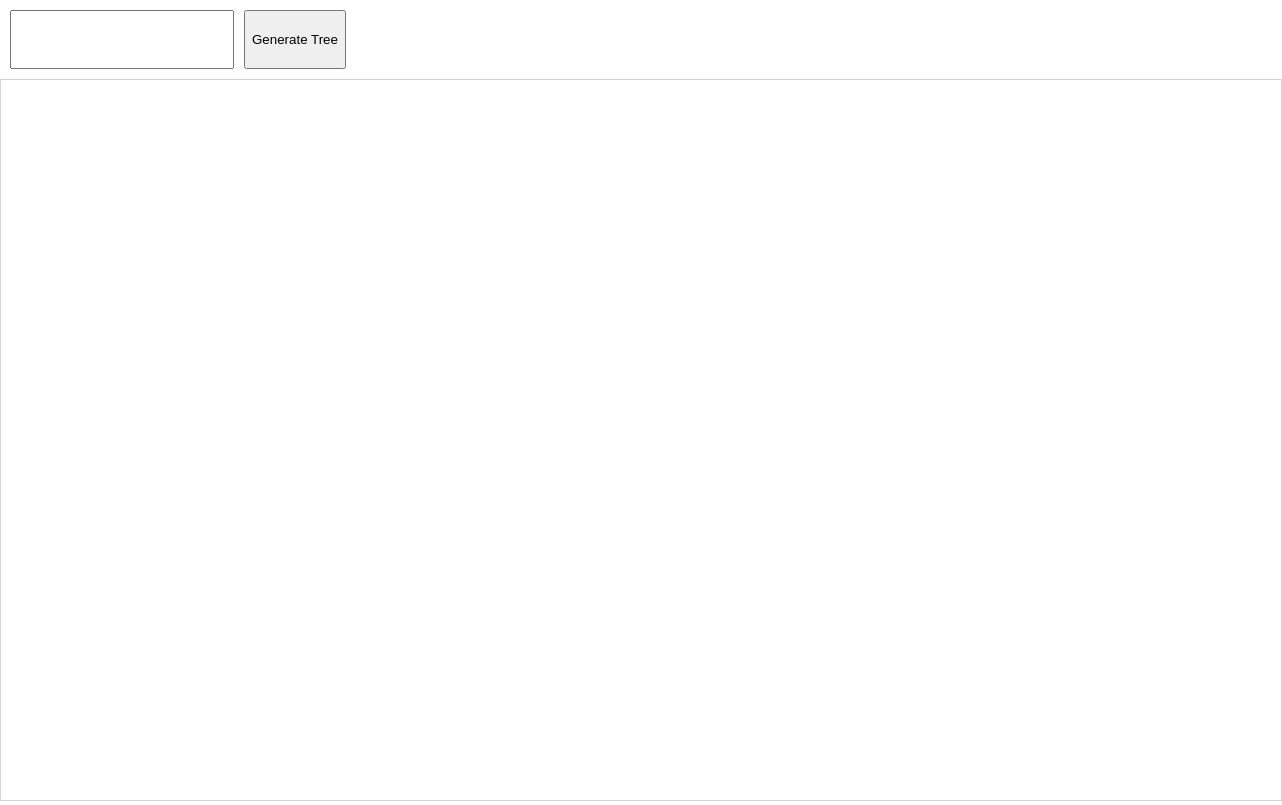
Repository: lnogueir/expression-tree-gen
Page: index.html
The author's editor kept a copy of each file at every save. The page is drawn from the files as they stood at one save, then again after the next save.
The browser window is 1280 px wide. The page is 1282 px wide, so the pictures cover 1282 px, including what lies to the right of the window. The pictures show the whole page.

Above is the page before, as saved 2020-03-15 18:34:28.

### index.html
<!DOCTYPE html>
<html lang="en">

<head>
    <meta charset="UTF-8">
    <meta name="viewport" content="width=device-width, initial-scale=1.0">
    <title>Canvas</title>
    <link rel="stylesheet" href="app.css">
</head>

<body>
    <div class="input-container">
        <input id="expression-input" type="text" />
        <button id="generate-tree">Generate Tree</button>
    </div>
    <div id="canvas-container">
        <canvas></canvas>
    </div>
</body>
<script src="https://ajax.googleapis.com/ajax/libs/jquery/3.4.1/jquery.min.js"></script>
<script src="https://cdnjs.cloudflare.com/ajax/libs/mathjs/6.6.1/math.min.js"></script>
<script src="tree.js"></script>
<script src="infixToPostfix.js"></script>
<script src="canvas.js"></script>

</html>

### app.css
body{
    margin:0;
}

.input-container{
    display: flex;
    justify-content: flex-start;
    margin: 10px;
}

.input-container > *{
    margin-right: 10px;
}

button{
    cursor: pointer;
}

input{
    padding: 10px;
    height: 35px;
    width: 200px;
}

#canvas-container{
    height: 100vh;
    width: 100%;
}

canvas{
    border: 1px solid lightgray;
}

### tree.js
function Node(value) {
    const radius = 32.5
    this.value = value;
    this.x = null;
    this.y = null;
    this.right = null;
    this.left = null;

    this.isLeaf = () => this.right == null && this.left == null;

    this.drawEdge = function (context, x, y, left_way) {
        context.strokeStyle = 'gray';
        context.beginPath()
        const x_y_ratio = Math.abs(this.y - y) / Math.abs(this.x - x)
        const w = radius * Math.sqrt(1 / (1 + Math.pow(x_y_ratio, 2)))
        const d = x_y_ratio * w
        if (left_way) {
            context.moveTo(this.x - w, this.y + d)
            context.lineTo(x + w, y - d)
        } else {
            context.moveTo(this.x + w, this.y + d)
            context.lineTo(x - w, y - d)
        }

        context.stroke()
    }

    this.draw = function (context) {
        context.beginPath()
        context.arc(this.x, this.y, radius, 0, Math.PI * 2, false)
        context.fillStyle = 'rgba(255, 255, 255, 0.5)'
        context.fill()
        context.strokeStyle = 'black'
        context.stroke()
        context.font = '25px Times New Roman'
        context.textAlign = 'center'
        context.textBaseline = 'middle'
        context.fillStyle = "black";
        context.fillText(this.value, this.x, this.y);
    }
}

function constructTree(postfix) {
    const OPERATORS = ['*', '/', '-', '+']
    var stack = []
    var root = null;
    var current;
    var shift = false;
    for (var i = postfix.length - 1; i >= 0; i--) {
        if (null === root) {
            current = new Node(postfix[i]);
            root = current;
        } else {
            if (shift) {
                current.left = new Node(postfix[i])
                current = current.left
                shift = false
            } else {
                current.right = new Node(postfix[i])
                current = current.right
            }
        }
        if (OPERATORS.includes(postfix[i])) {
            stack.push(current);
        } else {
            current = stack.pop();
            shift = true
        }
    }
    return root;
}

function getSize(root) {
    var size = 0
    function countSize(root) {
        if (null != root) {
            size++;
            countSize(root.left)
            countSize(root.right)
        }
    }
    countSize(root);
    return size;
}

function print_coords(root) {
    if (null != root) {
        print_coords(root.left)
        console.log(root.value, root.x, root.y)
        print_coords(root.right)
    }
}

function setCoordinates(root) {
    var i = 0
    const OFFSET = 50
    const size = getSize(root)
    const canvas_mid_point = window.innerWidth / 2;
    function setCoordinates(subt, depth) {
        if (null != subt) {
            setCoordinates(subt.left, depth + 1)
            subt.x = canvas_mid_point + (OFFSET * (i - size / 2))
            subt.y = OFFSET + (depth * 1.5 * OFFSET)
            i++
            setCoordinates(subt.right, depth + 1)
        }
    }
    setCoordinates(root, 0)
}

function drawTree(root, context) {
    if (null != root) {
        root.draw(context)
        if (null != root.left) {
            root.drawEdge(context, root.left.x, root.left.y, true);
        }
        drawTree(root.left, context)
        if (null != root.right) {
            root.drawEdge(context, root.right.x, root.right.y, false)
        }
        drawTree(root.right, context)
    }
}

### infixToPostfix.js
function isBracketed(expr) {
  var stack = []
  for (var i = 0; i < expr.length; i++) {
    if ('(' === expr[i]) {
      stack.push('(')
    } else if (')' === expr[i]) {
      stack.pop()
      if (stack.length === 0) {
        if (i !== expr.length - 1) {
          return false
        } else {
          return true
        }
      }
    }
  }
  return false;
}

function isValidExpression(expr) {
  if (expr.length < 3) {
    return false;
  }
  for (var i = 0; i < expr.length; i++) {
    if ('abcdefghijklmnopqrstuvwxyz*()/+-'.indexOf(expr[i]) === -1) {
      return false;
    }
  }
  try {
    while ("(" === expr[0] && ")" === expr[expr.length - 1]) {
      if (isBracketed(expr)) {
        expr = expr.substring(1, expr.length - 1);
      } else break;
    }
    var res = math.parse(expr);
    if ((typeof res.implicit === 'undefined') || res.fn.indexOf('unary') !== -1) {
      return false;
    }
    return true;
  }
  catch (ex) {
    return false;
  }
}

function infixToPostfix(expression) {
  if (!isValidExpression(expression)) {
    return null;
  }
  const prec = { "*": 3, "/": 3, "-": 2, "+": 2, "(": 1 }
  op_stack = []
  postfixList = []
  tokens = expression.split('')
  for (const token of tokens) {
    if ("abcdefghijklmnopqrstuvwxyz".indexOf(token) !== -1) {
      postfixList.push(token)
    } else if ("(" === token) {
      op_stack.push(token)
    } else if (")" === token) {
      var top_op_token = op_stack.pop()
      while (top_op_token !== '(') {
        postfixList.push(top_op_token)
        top_op_token = op_stack.pop()
      }
    } else {
      var peek_elem = op_stack.slice(-1)[0];
      while (op_stack.length > 0 && (prec[peek_elem] >= prec[token])) {
        postfixList.push(op_stack.pop())
        peek_elem = op_stack.slice(-1)[0];
      }
      op_stack.push(token)
    }
  }
  while (op_stack.length > 0) {
    postfixList.push(op_stack.pop())
  }
  return postfixList
}

### canvas.js
var canvas = document.querySelector('canvas')

canvas.height = document.getElementById('canvas-container').offsetHeight;
canvas.width = document.getElementById('canvas-container').offsetWidth;

var c = canvas.getContext('2d')

$('#generate-tree').click(() => {
    var expression = $('#expression-input').val()
    if (typeof expression !== 'undefined' && null != expression) {
        expression = expression.replace(/\s+/g, '')
        expression = expression.toLowerCase()
        var postfix = infixToPostfix(expression);
        if (null !== postfix) {
            var root = constructTree(postfix)
            setCoordinates(root)
            c.clearRect(0, 0, canvas.width, canvas.height);
            drawTree(root, c)
        } else {
            alert('Enter valid expression')
        }

    } else {
        alert('Enter valid expression')
    }
})

After the next save:
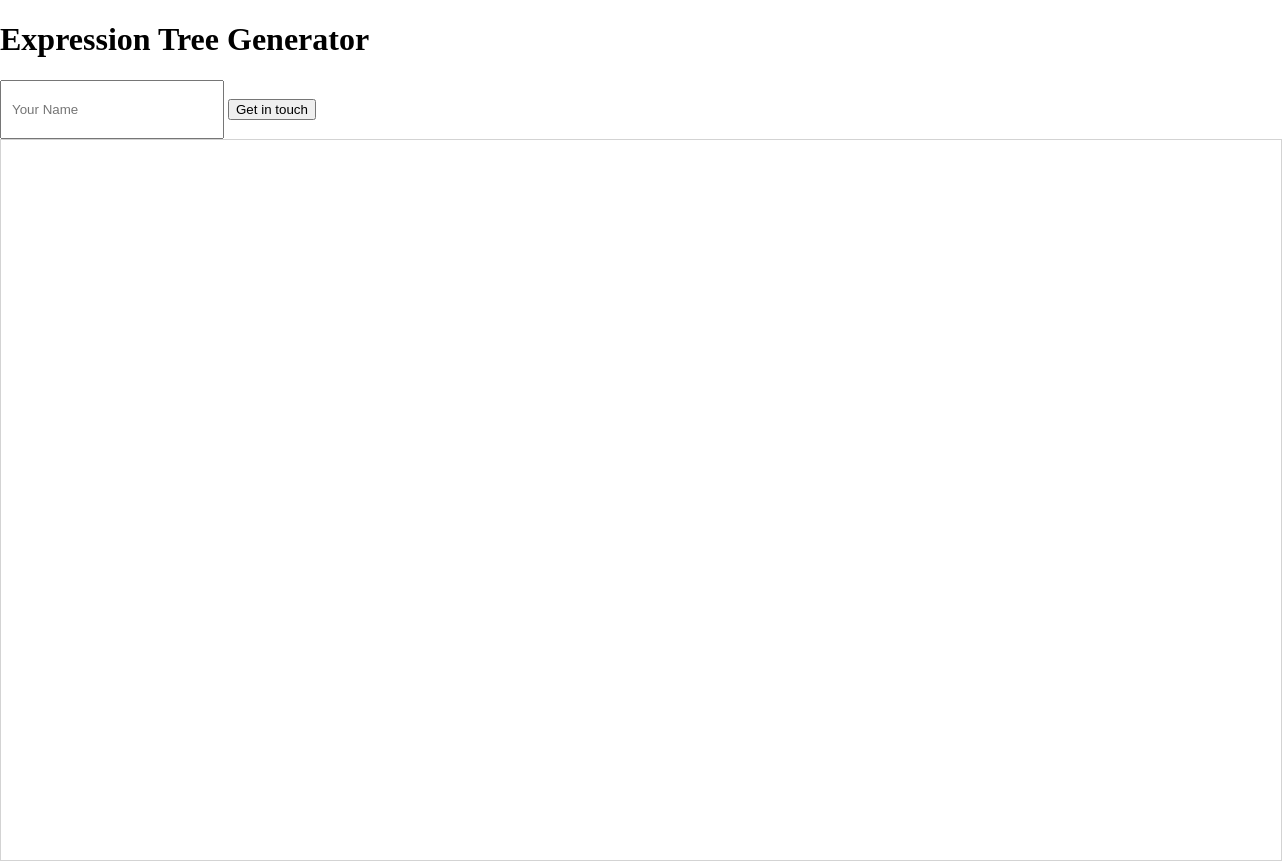
Saved 15 min 2 s later.
--- a/index.html
+++ b/index.html
@@ -9,10 +9,15 @@
 </head>
 
 <body>
-    <div class="input-container">
-        <input id="expression-input" type="text" />
-        <button id="generate-tree">Generate Tree</button>
-    </div>
+
+    <div class="contact-section">
+        <div class="inner-width">
+          <h1>Expression Tree Generator</h1>
+          <input type="text" class="name" placeholder="Your Name">
+          <button>Get in touch</button>
+        </div>
+      </div>
+
     <div id="canvas-container">
         <canvas></canvas>
     </div>
